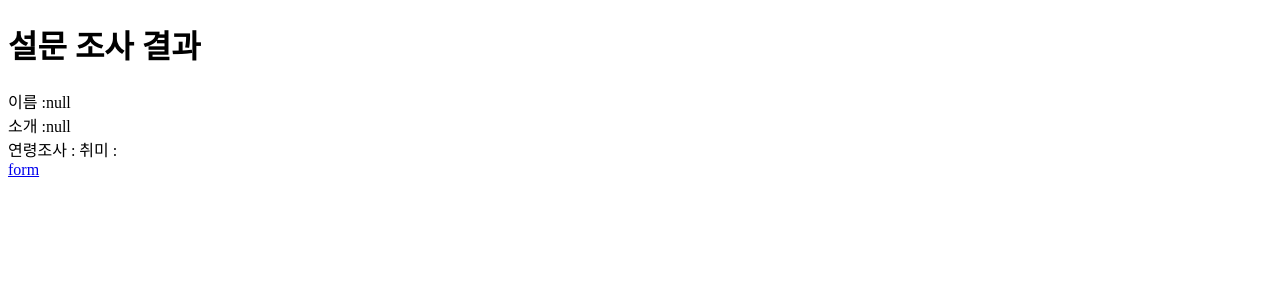
Repository: KimJaeHwan98/tomcat01
Page: http://localhost/3_req_res/quiz/ex01_result.jsp
An editor plug-in stored every save of this project. The page is shown before and after the next save, followed by the edit.
The browser window is 1280 px wide. The pictures show the whole page.
The page is served by Tomcat 9.

Above is the page before, as saved 2024-04-29 06:32:09.

### 3_req_res/src/main/webapp/quiz/ex01_result.jsp
<%@ page language="java" contentType="text/html; charset=UTF-8"
    pageEncoding="UTF-8"%>
<!DOCTYPE html>
<html>
<head>
<meta charset="UTF-8">
<title>Insert title here</title>
</head>
<body>
<%request.setCharacterEncoding("utf-8"); %>
<h1>설문 조사 결과</h1>
이름 :<%=request.getParameter("a1") %><br>
소개 :<%=request.getParameter("a2") %><br>

연령조사 : <%
	String[] chks1 = request.getParameterValues("radio");
	if(chks1 != null)
	for(String s : chks1) {
		out.print(s + "<br>");
	}

	%>
취미 : <%
	String[] chks = request.getParameterValues("chk");
	if(chks != null)
	for(String s : chks) {
		out.print(s + "<br>");
	}

	%><br>
<a href="ex01_form.jsp">form</a>
</body>
</html>

After the next save:
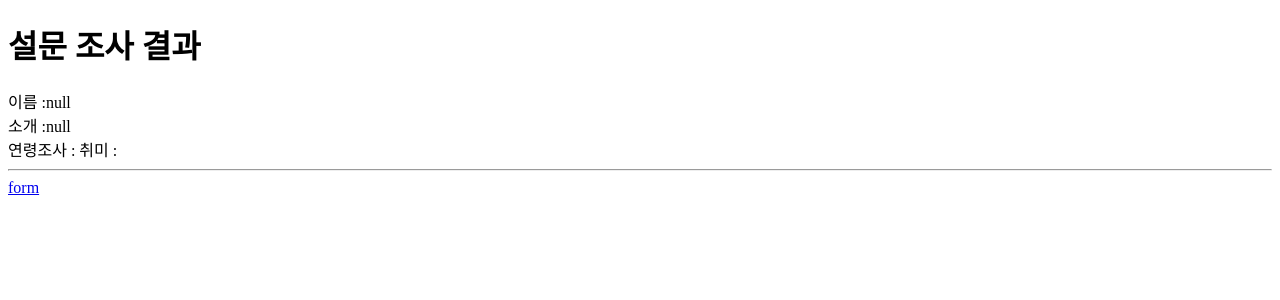
Saved 2 min 46 s later.
--- a/3_req_res/src/main/webapp/quiz/ex01_result.jsp
+++ b/3_req_res/src/main/webapp/quiz/ex01_result.jsp
@@ -1,3 +1,4 @@
+<%@page import="java.util.Enumeration"%>
 <%@ page language="java" contentType="text/html; charset=UTF-8"
     pageEncoding="UTF-8"%>
 <!DOCTYPE html>
@@ -28,6 +29,16 @@
 	}
 
 	%><br>
+
+	<hr>
+
+	<%
+ 		Enumeration<String> e = request.getParameterNames();
+		while(e.hasMoreElements()){
+			String name = e.nextElement();
+			out.print(name +" : " + request.getParameter(name) + "<br>");
+		}
+	%>
 <a href="ex01_form.jsp">form</a>
 </body>
 </html>
